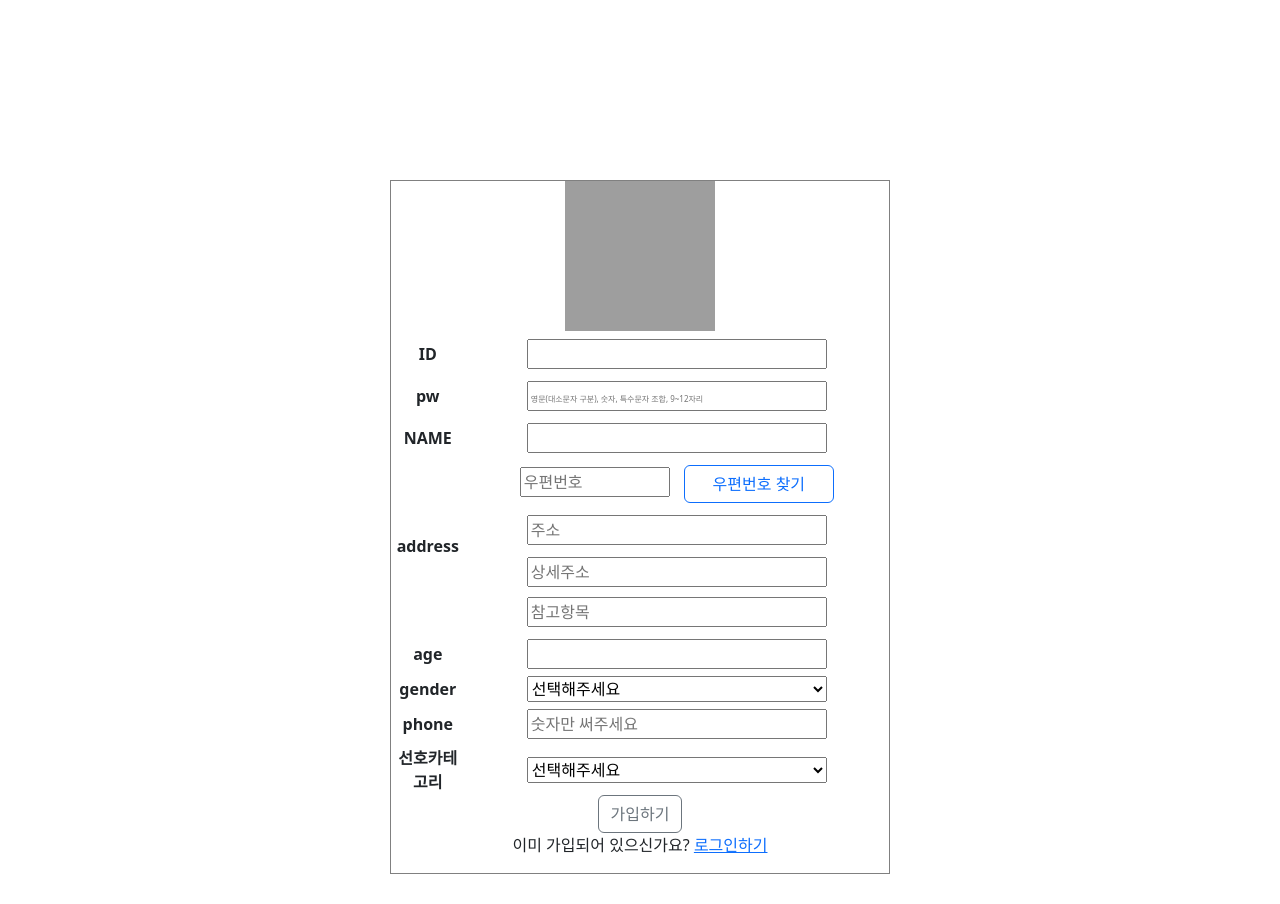
Repository: bongbongi/book1
Page: http://localhost/book/WEB-INF/views/member/memberJoin.jsp
An editor plug-in stored every save of this project. The page is shown before and after the next save, followed by the edit.
The browser window is 1280 px wide. The pictures show the whole page.
Pictures or frames that could not be fetched are drawn as grey boxes. Some web libraries are served in a nearby version. The page is served by Tomcat 9. Nobody is signed in. The template is opened directly, without the code that normally fills it, so the values that code supplies are empty.

Above is the page before, as saved 2023-01-09 06:54:24.

After the next save:
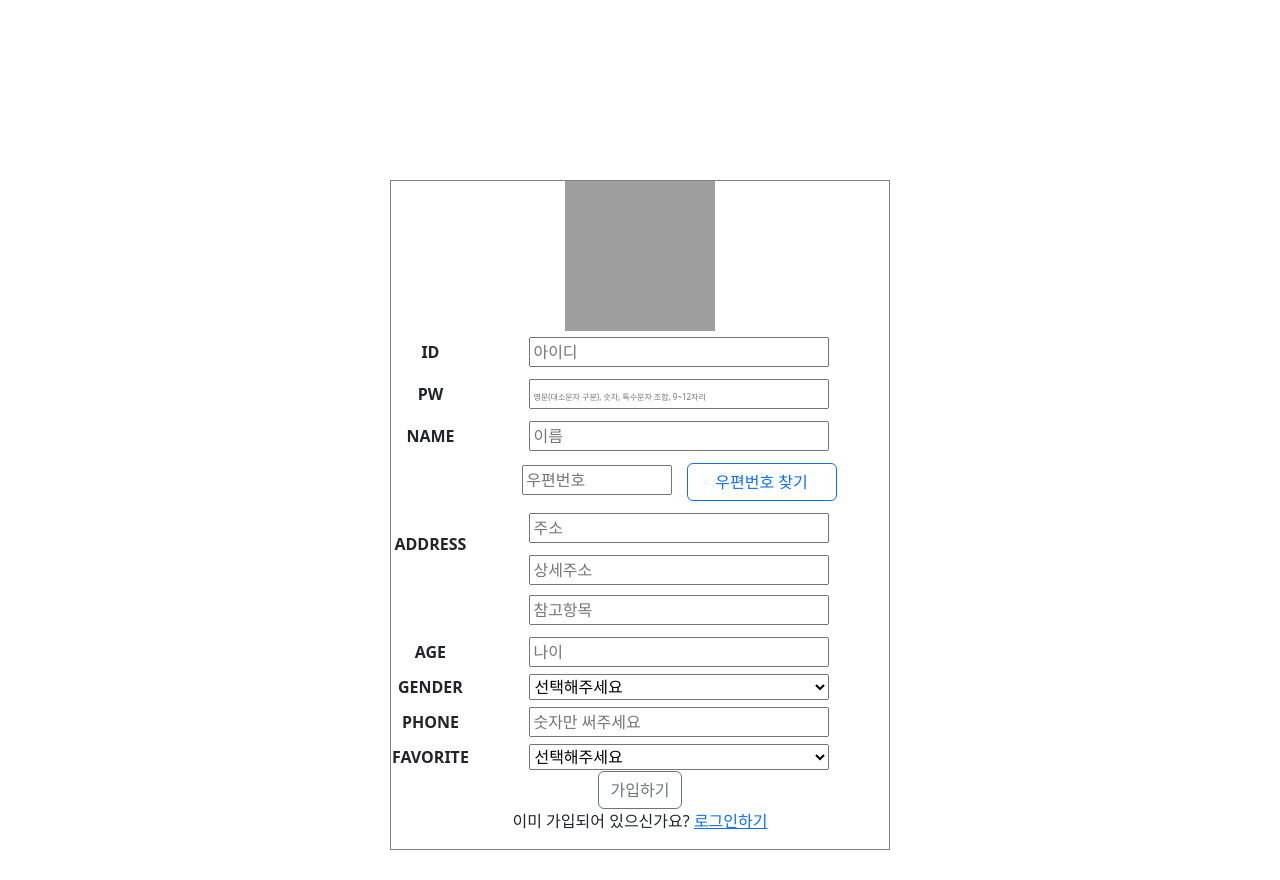
Saved 7 min 25 s later.
--- a/book/src/main/webapp/WEB-INF/views/member/memberJoin.jsp
+++ b/book/src/main/webapp/WEB-INF/views/member/memberJoin.jsp
@@ -24,18 +24,17 @@ crossorigin="anonymous">
 			</div>
 			<div class="join">
 					<table class="join-table">
-						<th colspan="3" >
 							<tr>
-								<th >ID</th>
+								<th>ID</th>
 									<td colspan="2">
-										<input type="text" class="join-input" name="mem_id" id="mem_id" onchange="checkId()" required>
+										<input type="text" class="join-input" name="mem_id" id="mem_id" placeholder="아이디" onchange="checkId()" required>
 										<span class="id_ok"><i class="fa-solid fa-check"></i></span>
 										<span class="id_duplicate"><i class="fa-solid fa-x"></i></span>
 										<span class="id_null"><i class="fa-solid fa-x"></i></span>
 									</td>
 							</tr>
 							<tr>
-								<th>pw</th>
+								<th>PW</th>
 								<td>
 									<input type="password" class="join-input" name="mem_pw" id="mem_pw" placeholder="영문(대소문자 구분), 숫자, 특수문자 조합, 9~12자리" onchange="checkPw()" required>
 									<span class="pw_ok"><i class="fa-solid fa-check"></i></span>
@@ -45,10 +44,10 @@ crossorigin="anonymous">
 							</tr>
 							<tr>
 								<th>NAME</th>
-								<td><input type="text" class="join-input" name="mem_name" required></td>
+								<td><input type="text" class="join-input" name="mem_name" placeholder="이름" required></td>
 							</tr>
 							<tr>
-								<th rowspan="3">address</th>
+								<th rowspan="3">ADDRESS</th>
 								<td colspan="2">
 									<input type="text" class="join-input zip" id="postcode" name="mem_postzip" placeholder="우편번호" required>
 									<input type="button" class="join-input zip btn btn-outline-primary" onclick="execDaumPostcode()" value="우편번호 찾기">
@@ -64,11 +63,11 @@ crossorigin="anonymous">
 								</td>
 							</tr>
 							<tr>
-								<th>age</th>
-								<td><input type="text" class="join-input" name="mem_age" required></td>
+								<th>AGE</th>
+								<td><input type="text" class="join-input" name="mem_age" placeholder="나이" required></td>
 							</tr>
 							<tr>
-								<th>gender</th>
+								<th>GENDER</th>
 								<td>
 									<select class="join-input" name="mem_gender" required="required">
 										<option value="null">선택해주세요</option>
@@ -78,7 +77,7 @@ crossorigin="anonymous">
 								</td>
 							</tr>
 							<tr>
-								<th>phone</th>
+								<th>PHONE</th>
 								<td>
 									<input type="text" class="join-input" name="mem_cell_num" id="mem_cell_num" placeholder="숫자만 써주세요" onchange="checkCellNum()" required>
 								        <span class="cellNum_ok"><i class="fa-solid fa-check"></i></span>
@@ -87,7 +86,7 @@ crossorigin="anonymous">
 								</td>
 							</tr>
 							<tr>
-								<th>선호카테고리</th>
+								<th>FAVORITE</th>
 								<td>
 									<select class="join-input" name="mno_cno" required="required">
 										<option value="0" selected="selected">선택해주세요</option>
@@ -98,7 +97,7 @@ crossorigin="anonymous">
 									</select>
 								</td>
 							</tr>
-						</th>
+
 					</table>
 					<button type=submit" class="btn btn-outline-secondary">가입하기</button>
 				</form>
